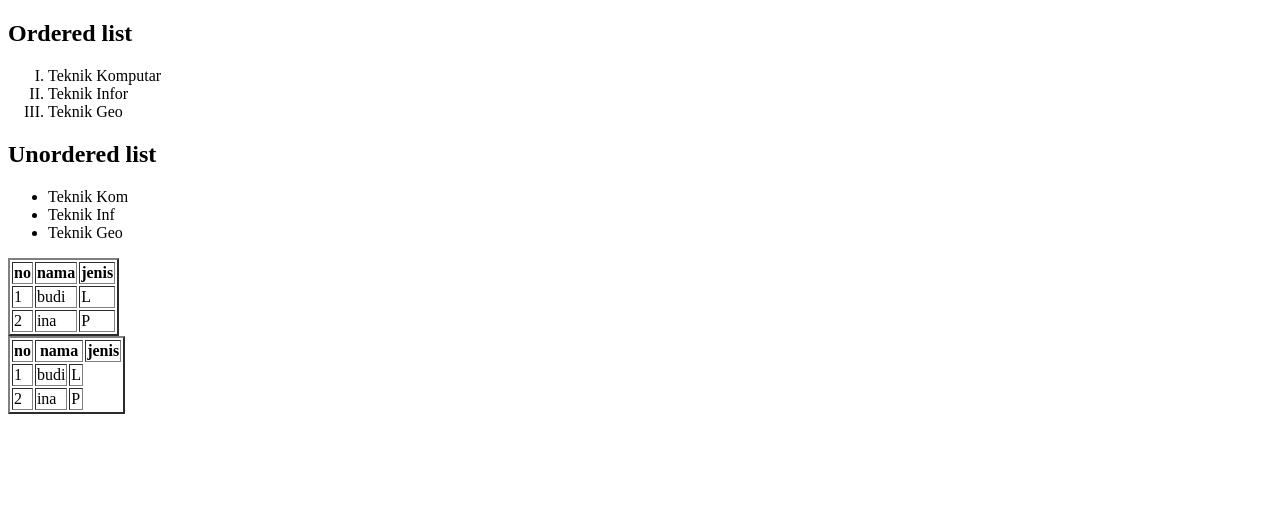
Repository: keyx-alt/pemrograman_web
Page: list.html
These files come from the project's save history. The page is drawn as it stood at one moment and after the next save; the edit follows.
The browser window is 1280 px wide. The pictures show the whole page.

Above is the page before, as saved 2026-04-16 14:00:05.

After the next save:
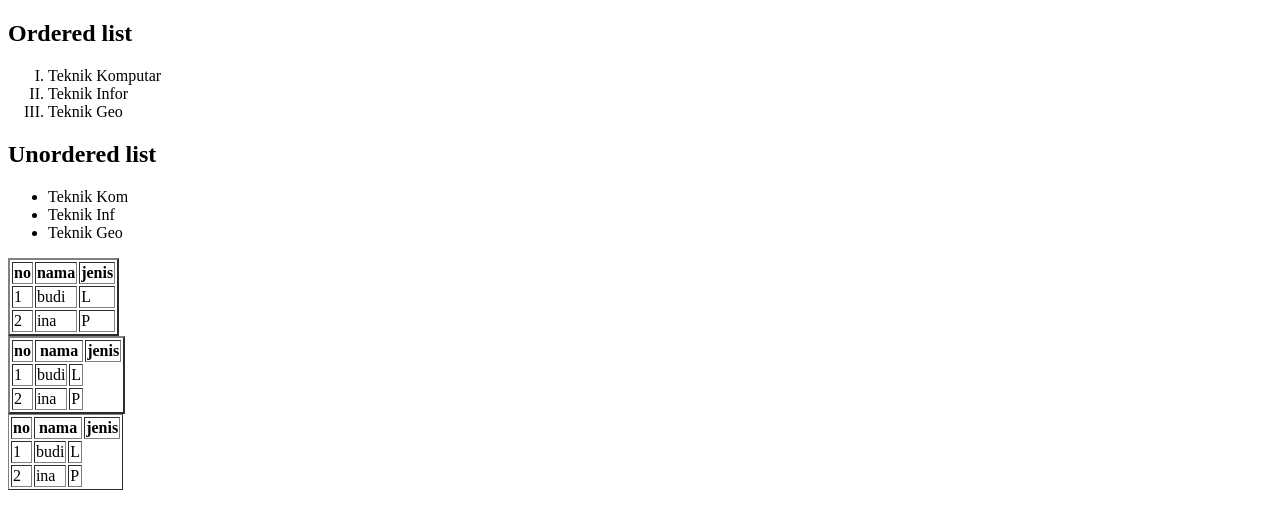
Saved 52 s later.
--- a/list.html
+++ b/list.html
@@ -57,5 +57,23 @@
             <td>P</td>
         </tr>
     </table>
+
+    <table border="1">
+        <tr>
+            <th>no</th>
+            <th colspan="2">nama</th>
+            <th>jenis</th>
+        </tr>
+        <tr>
+            <td>1</td>
+            <td>budi</td>
+            <td>L</td>
+        </tr>
+        <tr>
+            <td>2</td>
+            <td>ina</td>
+            <td>P</td>
+        </tr>
+    </table>
 </body>
 </html>
